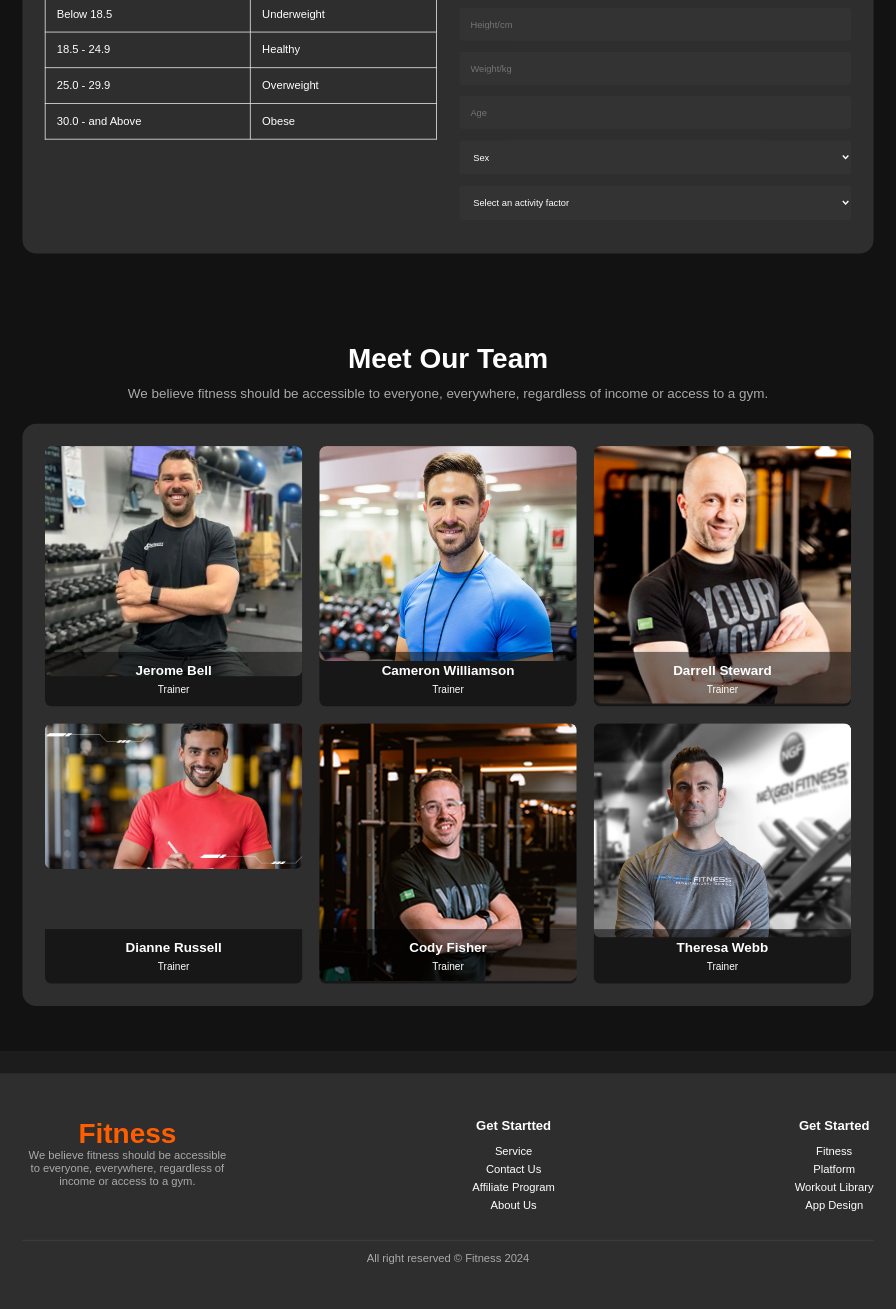
Repository: Aminul-Islam85/Assignment-2
Page: index.html
The author's editor kept a copy of each file at every save. The page is drawn from the files as they stood at one save, then again after the next save.
The browser window is 1280 px wide. The pictures show the part of the page from y = 2676 to 4596 px (the page is 4546 px tall before and 4596 px after), at 70% of full size.

Above is the page before, as saved 2024-10-23 19:00:35.

### index.html
<!DOCTYPE html>
<html lang="en">
<head>
    <meta charset="UTF-8">
    <meta name="viewport" content="width=device-width, initial-scale=1.0">
    <title>Fitness Website</title>
    <link rel="stylesheet" href="styles.css">
</head>
<body>

    <nav class="navbar">
        <h1 class="heading-text">Fitness</h1>
        <ul class="nav-links">
            <li><a href="#">Home</a></li>
            <li><a href="#">Service</a></li>
            <li><a href="#">Contact</a></li>
            <li><a href="#">About</a></li>
        </ul>
        <div class="hamburger">
            <span></span>
            <span></span>
            <span></span>
        </div>
    </nav>

    <section class="hero">
        <div class="hero-content">
            <h1>Get Body in <span class="highlighted">shape</span> & stay healthy</h1>
            <p>A huge selection of health and fitness content, healthy recipes and transformation stories to help you get fit and stay fit!</p>
            <div class="hero-buttons">
                <button class="cta-btn join-btn"> Join Club Now</button>
                <button class="cta-btn download-btn">Download App</button>
            </div>
        </div>
        <div class="hero-image">
            <img src="images/image 5.png" alt="Trainer">
        </div>

        <div class="info-card workout-card">500+<br>Free Workout Videos</div>
        <div class="info-card tutorial-card">350+<br>Video Tutorials</div>
    </section>

    <section class="habits">
        <h1>Change Your Habits</h1>
        <p>We believe fitness should be accessible to everyone, everywhere, regardless of income or access to a gym.</p>
        <div class="habits-gallery">
            <div class="habit-item">
                <img src="images/image 3.png" alt="Movement">
                <h3>Movement</h3>
                <p>We believe fitness should be accessible to everyone</p>
            </div>
            <div class="habit-item">
                <img src="images/image 2.png" alt="Time">
                <h3>Time</h3>
                <p>We believe fitness should be accessible to everyone</p>
            </div>
            <div class="habit-item">
                <img src="images/image 4.png" alt="Practice">
                <h3>Practices</h3>
                <p>We believe fitness should be accessible to everyone</p>
            </div>
            <div class="habit-item">
                <img src="images/image 5.png" alt="Wait Loss">
                <h3>Weight Loss</h3>
                <p>We believe fitness should be accessible to everyone</p>
            </div>
        </div>

    </section>

    <section class="extra-mile">
        <div class="extra-mile-content">
            <h2>Run an Extra Mile Easily</h2>
            <p>We believe fitness should be accessible to everyone, everywhere, regardless of income or access to a gym. With hundreds of professional workouts.</p>
            <button class="cta-btn extra-mile-btn">Join NOW</button>
        </div>
        <div class="extra-mile-image">
            <img src="images/run.jpg" alt="Run Image">
        </div>
    </section>

    <section class="trainings-exercises">
        <h2>Trainings and Exercises</h2>
        <p>We believe fitness should be accessible to everyone, everywhere, regardless of income or access to a gym.</p>
        <div class="exercise-gallery">
            <div class="exercise-item">
                <img src="images/exercise1.jpg" alt="Exercise-1">
                <div class="exercise-overlay">
                    <p>Lorem Ipsum</p>
                </div>

            </div>
            <div class="exercise-item">
                <img src="images/exercise2.png" alt="Exercise-2">
                <div class="exercise-overlay">
                    <p>Lorem Ipsum</p>
                </div>
            </div>
            <div class="exercise-item">
                <img src="images/exercise3.png" alt="Exercise-3">
                <div class="exercise-overlay">
                    <p>Lorem Ipsum</p>
                </div>
            </div>
            <div class="exercise-item">
                <img src="images/exercise4.png" alt="Exercise-4">
                <div class="exercise-overlay">
                    <p>Lorem Ipsum</p>
                </div>
            </div>
            <div class="exercise-item">
                <img src="images/exercise5.jpg" alt="Exercise-5">
                <div class="exercise-overlay">
                    <p>Lorem Ipsum</p>
                </div>
            </div>
            <div class="exercise-item">
                <img src="images/run.jpg" alt="">
                <div class="exercise-overlay">
                    <p>Lorem Ipsum</p>
                </div>
            </div>
        </div>
    </section>

    <section class="bmi-calculator">
        <div class="bmi-title">
            <h2>BMI Calculator</h2>
            <p>We believe fitness should be accessible to everyone, everywhere, regardless of income or access to a gym.</p>
        </div>
        <div class="bmi-content">
            <div class="bmi-chart">
                <h3>BMI Calculator Chart</h3>
                <table>
                    <thead>
                        <tr>
                            <th>BMI</th>
                            <th>Weight Status</th>
                        </tr>
                    </thead>
                    <tbody>
                        <tr>
                            <td>Below 18.5</td>
                            <td>Underweight</td>
                        </tr>
                        <tr>
                            <td>18.5 - 24.9</td>
                            <td>Healthy</td>
                        </tr>
                        <tr>
                            <td>25.0 - 29.9</td>
                            <td>Overweight</td>
                        </tr>
                        <tr>
                            <td>30.0 - and Above</td>
                            <td>Obese</td>
                        </tr>
                    </tbody>
                </table>
            </div>

            <div class="bmi-form">
                <h3>Calculate your BMI</h3>
                <p>We believe fitness should be accessible to everyone, everywhere, regardless of income or access to a gym.</p>
                <form>
                    <input type="text" placeholder="Height/cm">
                    <input type="text" placeholder="Weight/kg">
                    <input type="text" placeholder="Age">
                    <select>
                        <option value="">Sex</option>
                        <option value="">Male</option>
                        <option value="">Female</option>
                    </select>
                    <select>
                        <option value="">Select an activity factor</option>
                        <option value="">Sedentary</option>
                        <option value="">Lightly active</option>
                        <option value="">Moderatly active</option>
                        <option value="">Very active</option>
                    </select>
                </form>
            </div>
        </div>
    </section>

    <section class="team-selection">
        <div class="team-title">
            <h2>Meet Our Team</h2>
            <p>We believe fitness should be accessible to everyone, everywhere, regardless of income or access to a gym.</p>
        </div>
        <div class="team-content">
            <div class="team-member">
                <img src="images/trainer1.png" alt="Jerome Bell">
                <div class="team-overlay">
                    <h3>Jerome Bell</h3>
                    <p>Trainer</p>
                </div>
            </div>
            <div class="team-member">
                <img src="images/trainer2.png" alt="Cameron Williamson">
                <div class="team-overlay">
                    <h3>Cameron Williamson</h3>
                    <p>Trainer</p>
                </div>
            </div>
            <div class="team-member">
                <img src="images/trainer3.png" alt="Darrell Steward">
                <div class="team-overlay">
                    <h3>Darrell Steward</h3>
                    <p>Trainer</p>
                </div>
            </div>
            <div class="team-member">
                <img src="images/trainer4.png" alt="Dianne Russell">
                <div class="team-overlay">
                    <h3>Dianne Russell</h3>
                    <p>Trainer</p>
                </div>
            </div>
            <div class="team-member">
                <img src="images/trainer5.png" alt="Cody Fisher">
                <div class="team-overlay">
                    <h3>Cody Fisher</h3>
                    <p>Trainer</p>
                </div>
            </div>
            <div class="team-member">
                <img src="images/trainer6.png" alt="Theresa Webb">
                <div class="team-overlay">
                    <h3>Theresa Webb</h3>
                    <p>Trainer</p>
                </div>
            </div>
        </div>
    </section>

    <footer class="footer-section">
        <div class="footer-content">
            <div class="footer-brand">
                <h2 class="footer-logo">Fitness</h2>
                <p>We believe fitness should be accessible to everyone, everywhere, regardless of income or access to a gym.</p>
            </div>
            <div class="footer-links">
                <h3>Get Startted</h3>
                <ul>
                    <li><a href="#">Service</a></li>
                    <li><a href="#">Contact Us</a></li>
                    <li><a href="#">Affiliate Program</a></li>
                    <li><a href="#">About Us</a></li>
                </ul>

            </div>
            <div class="footer-links">
                <h3>Get Started</h3>
                <ul>
                    <li><a href="#">Fitness</a></li>
                    <li><a href="#">Platform</a></li>
                    <li><a href="#">Workout Library</a></li>
                    <li><a href="#">App Design</a></li>
                </ul>
            </div>
        </div>
        <div class="footer-bottom">
            <p>All right reserved &copy; Fitness 2024</p>

        </div>
    </footer>
</body>
</html>

### styles.css
/*Global Styles*/
* {
    margin: 0;
    padding: 0;
    box-sizing: border-box;
}

body {
    font-family: 'Arial', sans-serif;
    background-color:#1c1c1c;
    color: #fff;
}

/*Navbar*/
.navbar {
    display: flex;
    justify-content: space-between;
    align-items: center;
    padding: 1rem 2rem;
    background-color: transparent;
}

.heading-text {
    font-size: 1.5rem;
    color: #ff5e00;
}

/*nav-link hidden in moble*/
.nav-links {
    list-style: none;
    display: flex;
    gap: 2rem;
}

.nav-links a {
    color: #fff;
    text-decoration: none;
    font-size: 1rem;
}

/*Hamburger menu hidden in desktop*/
.hamburger {
    display: none;
    flex-direction: column;
    cursor: pointer;
}

.hamburger span {
    width: 25px;
    height: 3px;
    background-color: #fff;
    margin: 4px;
    transition: 0.3s;
}

/*responsiveness*/

@media (max-width: 768px) {
    .nav-links {
        display: none;
    }
    .hamburger {
        display: flex;
    }
    /*hamburger clicked show nav-links*/
    .navbar.active .nav-links {
        display: flex;
        flex-direction: column;
        position: absolute;
        top: 60px;
        right: 0;
        background-color: #121212;
        width: 100%;
        height: auto;
        text-align: center;
        padding: 1rem 0;
    }
    .nav-links li {
        margin: 1rem 0;
    }
}

/* Hero section*/
.hero {
    display: flex;
    justify-content: space-between;
    align-items: center;
    padding: 4rem 2rem;
    background-color: #121212;
    position: relative;
}
.hero-content {
    max-width: 50%;
}

.hero h1 {
    font-size: 3rem;
    line-height: 1.2;
    margin-bottom: 1rem;
}

.hero .highlighted {
    font-style: italic;
    font-weight: 700;
    color: #ff5e00;
}

.hero p {
    font-size: 1.2rem;
    margin-bottom: 2rem;
}

.hero-buttons {
    display: flex;
    gap: 1rem;
}

.cta-btn {
    padding: 1rem 2rem;
    font-size: 1rem;
    border: none;
    border-radius: 5px;
    cursor: pointer;
}

.join-btn {
    background-color: #ff5e00;
    color: #fff;
}

.download-btn {
    background-color: transparent;
    border: 2px solid #fff;
    color: #fff;

}

.hero-image img {
    max-width: 100%;
    height: auto;
}

/*Info Cards*/
.info-card {
    position: absolute;
    background-color: #2e2e2e;
    color: white;
    border-radius: 8px;
    padding: 1re 1.5rem;
    font-size: 1.2rem;
    font-weight: bold;
    text-align: center;
}

.workout-card {
    top: 30%;
    right: 10%;
}

.tutorial-card {
    top: 60%;
    left: 55%;
}

/*Hero reponsive for mobile*/
@media (max-width: 768px) {
.hero {
    flex-direction: column;
    text-align: center;
}
.hero-content {
    max-width: 100%;
    margin-bottom: 2rem;
}
.hero-image img {
    max-width: 100%;
    height: auto;
}
.info-card {
    font-size: 1rem;
    padding: 0.75rem 1 rem;
    position: relative;
    margin: 1rem auto;
    width: auto;
}
.workout-card, .tutorial-card {
    top: auto;
    left: auto;
    right: auto;
    transform: none;
    margin-bottom: 1rem;
 }
}

/*Hero Buttons on mobile*/
@media (max-width:480px) {
    .hero-buttons {
        flex-direction: column;
        gap: 1rem;
    }
    .cta-btn {
        width: 100%;
    }
}

/*Change habit section*/
.habits {
    padding: 4rem 2rem;
    text-align: center;
    background-color: #121212;
}

.habits h2 {
    font-size: 2.5rem;
    margin-bottom: 1rem;
}

.habits p {
    font-size: 1.2rem;
    margin-bottom: 2rem;
}

.habits-gallery {
    display: flex;
    justify-content: space-around;
    align-items: center;
    flex-wrap: wrap;
    gap: 2rem;
}

.habit-item {
    text-align: center;
    max-width: 200px;
}

.habit-item img {
    width: 100px;
    height: 100px;
    border-radius: 50%;
    margin-bottom: 1rem;
}

.habit-item h3 {
    font-size: 1.5rem;
    margin-bottom: 0.5rem;
}
.habit-item p {
    font-size: 1rem;
    color: #aaa;
}

/*Extra mile section*/
.extra-mile {
    display: flex;
    justify-content: space-between;
    align-items: center;
    background-color: #2e2e2e;
    padding: 4rem 2rem;
    border-radius: 20px;
    margin: 4rem 0;
}

.extra-mile-content {
    max-width: 50%;
}
.extra-mile h2 {
    font-size: 2.5rem;
    margin-bottom: 1rem;
}
.extra-mile p {
    font-size: 1.2rem;
    margin-bottom: 2rem;
}
.extra-mile-btn {
    background-color: #ff5e00;
    color: white;
    border: none;
    padding: 1rem 2rem;
    border-radius: 5px;
    cursor: pointer;
}
.extra-mile-image img {
    border-radius: 10px;
    max-width: 100%;
}
/*Footer*/
footer {
    text-align: center;
    padding: 1rem;
    background-color: #333;
    color: #fff;
    margin-top: 2rem;
}
/*responsive design*/
@media (max-width: 768px) {
    .hero h1 {
        font-size: 2rem;
    }
    .hero p {
        font-size: 1rem;
    }
    .extra-mile {
        flex-direction: column;
        text-align: center;
    }
    .extra-mile-content, .extra-mile-image {
        max-width: 100%;
    }
}

@media (max-width: 480px) {
    hero h1 {
        font-size: 1.5rem;
    }
    .hero p {
        font-size: 0.9rem;
    }
}

/* Trainings and Exercise*/
.trainings-exercises {
    padding: 4rem 2rem;
    text-align: center;
    background-color: #121212;
}

.trainings-exercises h2 {
    font-size: 2.5rem;
    margin-bottom: 1rem;
}
.trainings-exercises p {
    font-size: 1.2rem;
    margin-bottom: 2rem;
    color: #aaa;
}
.exercise-gallery {
    display: grid;
    grid-template-columns: repeat(3, 1fr);
    gap: 1rem;
}
.exercise-item {
    position: relative;
}
.exercise-item img {
    width: 100%;
    height: auto;
    border-radius: 10px;
}
.exercise-overlay {
    position: absolute;
    top: 0;
    left: 0;
    width: 100%;
    height: 100%;
    background-color: rgba(0, 0, 0, 0.5);
    color: white;
    display: flex;
    justify-content: center;
    align-items: center;
    opacity: 0;
    transition: opacity 0.3s ease;
    border-radius: 10px;
}
.exercise-item:hover .exercise-overlay {
    opacity: 1;
}
.exercise-overlay p {
    font-size: 1.2rem;
    text-align: center;
}

/*BMI*/
.bmi-calculator {
    background-color: #121212;
    padding: 4rem 2rem;
}
.bmi-title {
    text-align: center;
    margin-bottom: 2rem;
}
.bmi-title h2 {
    font-size: 2.5rem;
    margin-bottom: 1rem;
    color: #fff;
}
.bmi-title p {
    font-size: 1.2rem;
    color: #aaa;
}

/*calculator*/
.bmi-content {
    display: flex;
    justify-content: space-between;
    align-items: flex-start;
    background-color: #2e2e2e;
    padding: 2rem;
    border-radius: 20px;
}
.bmi-chart {
    flex: 1;
    margin-right: 2rem;
}
.bmi-chart h3 {
    color:#fff;
    margin-bottom: 1rem;
}
.bmi-chart table {
    width: 100%;
    border-collapse: collapse;
}
.bmi-chart table th, .bmi-chart table td {
    padding: 1rem;
    text-align: left;
    border: 1px solid #fff;
    color: #fff;
}
.bmi-form {
    flex: 1;
}
.bmi-form h3 {
    color: #fff;
    margin-bottom: 1rem;
}
.bmi-form p {
    margin-bottom: 2rem;
    color: #aaa;
}
.bmi-form input, .bmi-form select {
    width: 100%;
    padding: 1rem;
    margin-bottom: 1rem;
    border-radius: 5px;
    border: none;
    background-color: #333;
    color: #fff;
}
.bmi-form select {
    cursor: pointer;
}
.bmi-form .calculate-btn {
    background-color: #ff5e00;
    color: white;
    border: none;
    padding: 1rem 2rem;
    border-radius: 5px;
    cursor: pointer;
    width: 100%;
    text-align: center;
}

/*responsiveness*/
@media (max-width: 768px) {
    .bmi-content {
        flex-direction: column;
    }
    .bmi-chart {
        margin-right: 0;
        margin-bottom: 2rem;
    }
}

/*Meet our team*/
.team-selection {
    background-color: #121212;
    padding: 4rem 2rem;
}
.team-title {
    text-align: center;
    margin-bottom: 2rem;
}
.team-title h2 {
    font-size: 2.5rem;
    margin-bottom: 1rem;
    color: #fff;
}
.team-title p {
    font-size: 1.2rem;
    color: #aaa;
}

/*Team-content*/
.team-content {
    display: grid;
    grid-template-columns: repeat(3,1fr);
    gap: 1.5rem;
    background-color: #2e2e2e;
    padding: 2rem;
    border-radius: 20px;
}
.team-member {
    position: relative;
    border-radius: 10px;
    overflow: hidden;
}
.team-member img {
    width: 100%;
    height: auto;
    border-radius: 10px;
}
.team-overlay {
    position: absolute;
    bottom: 0;
    left: 0;
    width: 100%;
    background-color: rgba(0, 0, 0, 0.5);
    color: white;
    padding: 1rem;
    text-align: center;
    transition: background-color 0.3s ease;
}
.team-member:hover .team-overlay {
    background-color: rgba(0, 0, 0, 0.7);
}
.team-overlay h3 {
    margin: 0;
    font-size: 1.2rem;
}
.team-overlay p {
    margin: 0.5rem 0 0;
    font-size: 0.9rem;
}

/*responsive design*/
@media (max-width: 768px) {
    .team.content {
        grid-template-columns: repeat(2, 1fr);
    }
}

@media (max-width: 480px) {
    .team.content {
        grid-template-columns: 1fr;
    }
}

/*footer section*/
.footer-section {
    background-color: #2e2e2e;
    padding: 4rem 2rem;
    color: #fff;
}
.footer-content {
    display: flex;
    justify-content: space-between;
    align-items: flex-start;
    margin-bottom: 2rem;
}
.footer-logo {
    font-size: 2.5rem;
    color: #ff5e00;
}
.footer-content p {
    max-width: 300px;
    color: #aaa;
}
.footer-links {
    display: flex;
    flex-direction: column;
}
.footer-links h3 {
    margin-bottom: 1rem;
}
.footer-links ul {
    list-style: none;
    padding: 0;
}
.footer-links li {
    margin-bottom: 0.5rem;
}
.footer-links a {
    color: #fff;
    text-decoration: none;
    transition: 0.3s ease;
}
.footer-links a:hover {
    color: #ff5e00;
}
.footer-bottom {
    text-align: center;
    padding-top: 1rem;
    border-top: 1px solid #444;
    color: #aaa;
}

/*rensiveness*/
@media (max-width: 768px) {
    .footer-content {
        flex-direction: column;
        text-align: center;
    }
    .footer-links {
        margin-top: 2rem;
    }
}

After the next save:
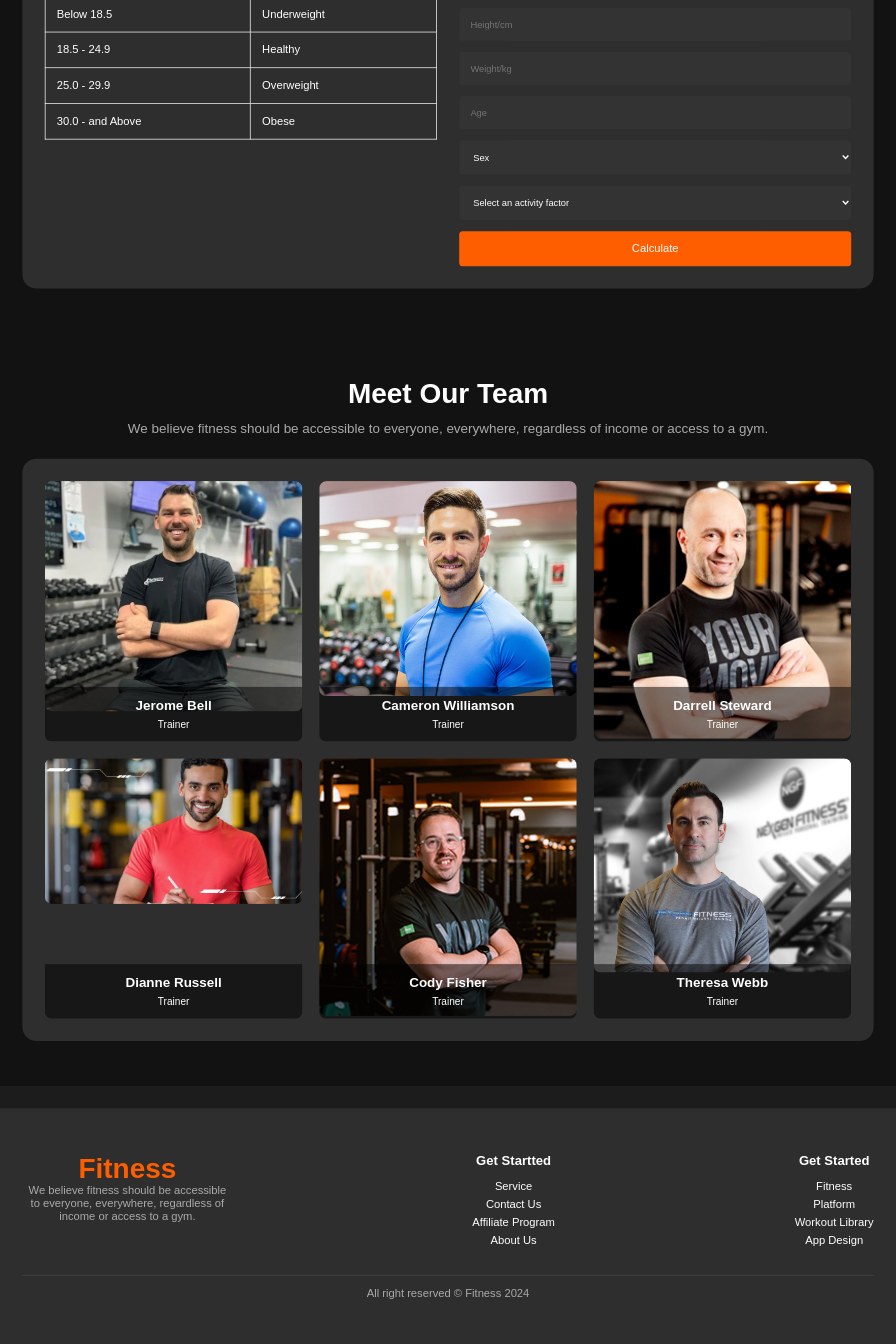
Saved 108 s later.
--- a/index.html
+++ b/index.html
@@ -178,6 +178,7 @@
                         <option value="">Moderatly active</option>
                         <option value="">Very active</option>
                     </select>
+                    <button type="submit" class="cta-btn calculate-btn">Calculate</button>
                 </form>
             </div>
         </div>
